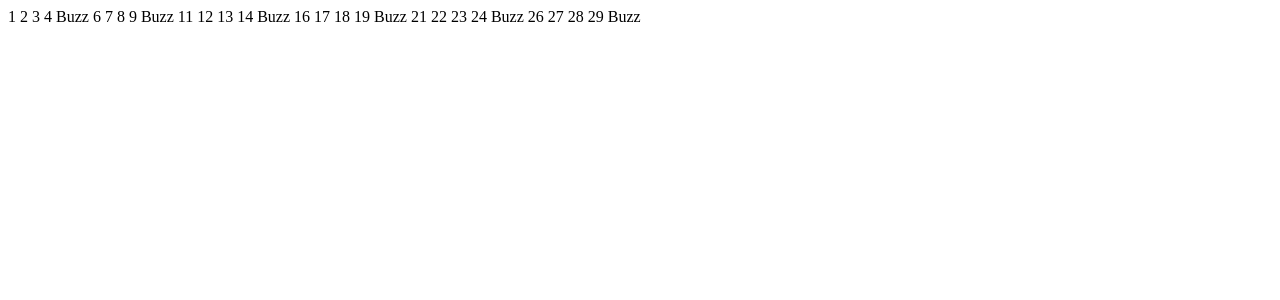
Repository: sat0113/Samurai_JS3
Page: http://localhost/for.php
The author's editor kept a record of every edit. The page is drawn from the files as they stood at one moment, then again after the next edit.
The browser window is 1280 px wide. The pictures show the whole page.
The page is run by PHP 8.4 with error messages shown; the project is at /var/www/html/.

Above is the page before.

After the next edit:
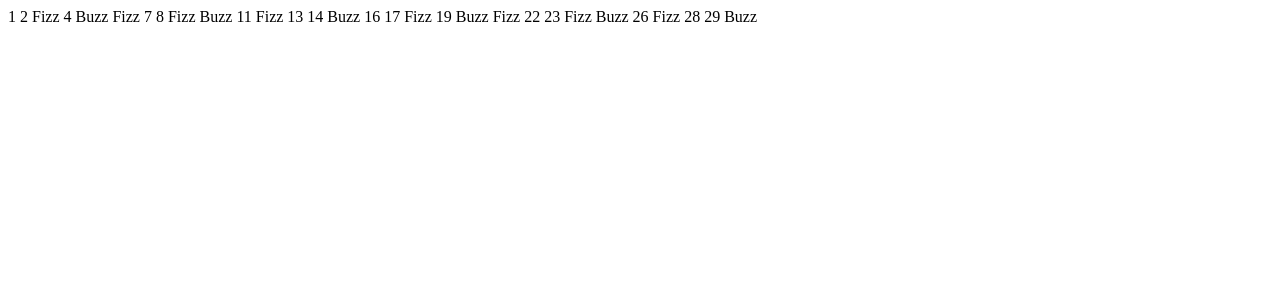
The edit:
--- a/for.php
+++ b/for.php
@@ -2,6 +2,10 @@
 for($i = 1; $i < 31; $i++){
     if($i % 5 == 0){
         print("Buzz"."\n");
+    }elseif($i % 3 == 0){
+        print("Fizz"."\n");
+    }elseif($i % 15 == 0){
+        print("FizzBuzz"."\n");
     }else{
         print($i."\n");
     }
